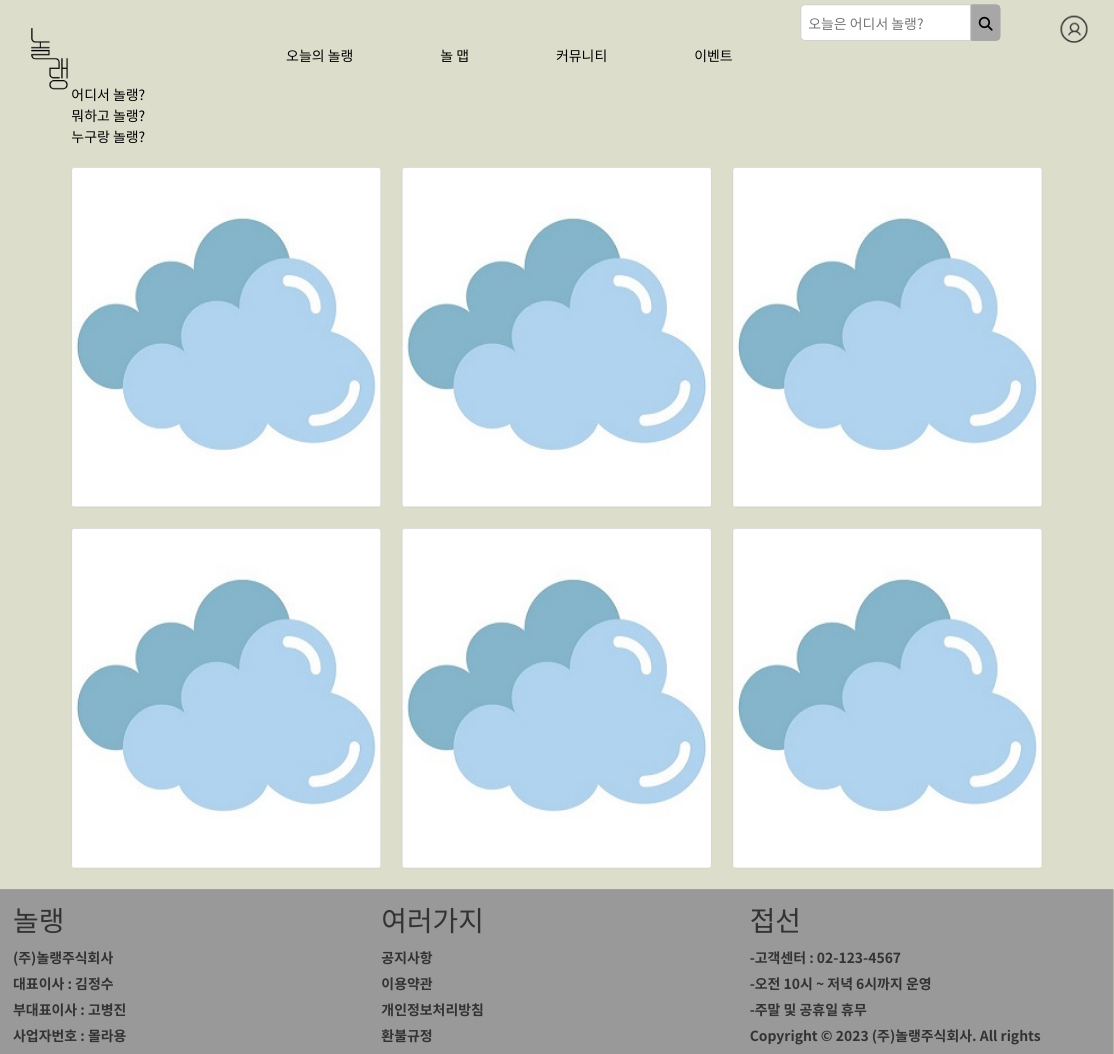
Repository: rrqrw/-
Page: http://localhost/noll_project/who/who3.jsp
The author's editor kept a copy of each file at every save. The page is drawn from the files as they stood at one save, then again after the next save.
The browser window is 1280 px wide. The pictures show the whole page, at 87% of full size.
Some web fonts or font styles are not loaded; a fallback is used. Some web libraries are served in a nearby version. The page is served by Tomcat 9.

Above is the page before, as saved 2023-12-12 10:37:39.

After the next save:
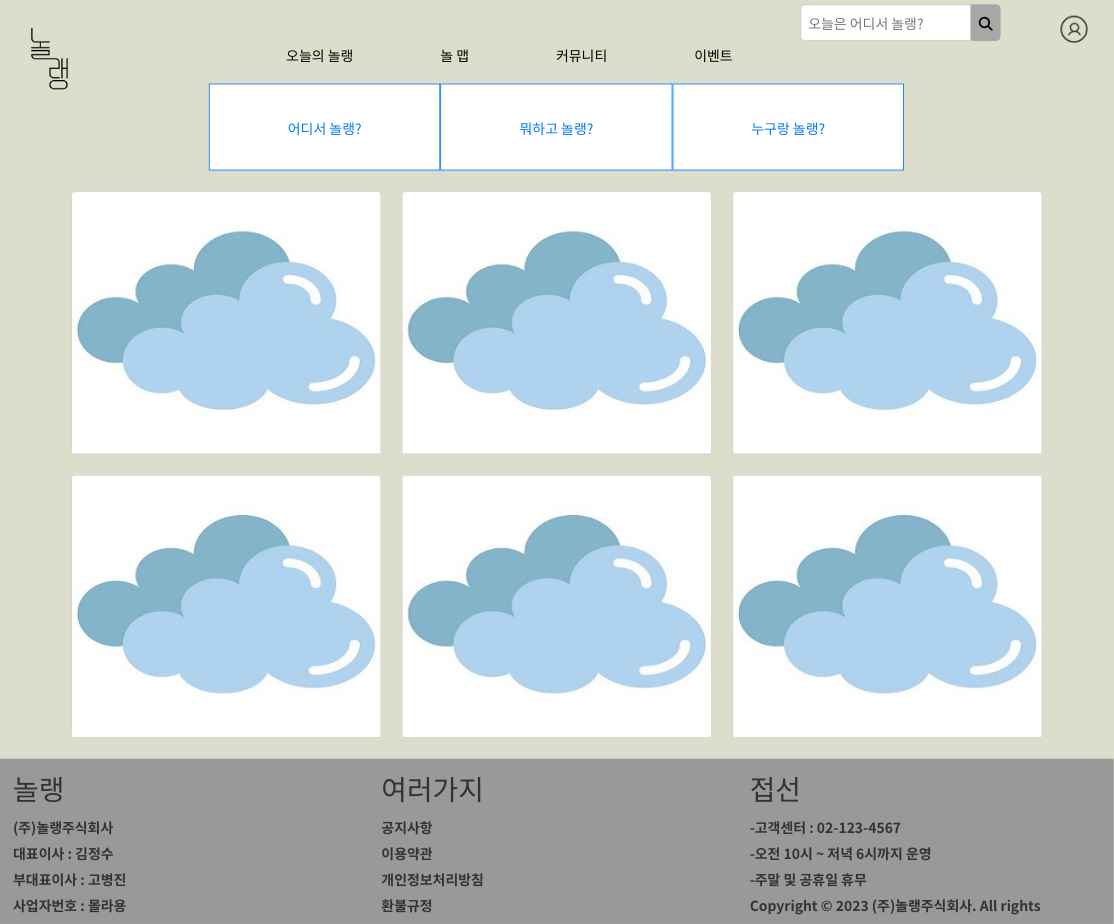
Saved 28 s later.
--- a/noll_project/src/main/webapp/resources/css/style.css
+++ b/noll_project/src/main/webapp/resources/css/style.css
@@ -511,7 +511,7 @@
 }
 
 /*who*/
-/*.container ul li{
+.container ul li{
   list-style: none;
 
 }
@@ -545,4 +545,4 @@
 .card img{
   width: 100%px;
   height: 300px;
-}*/
+}
